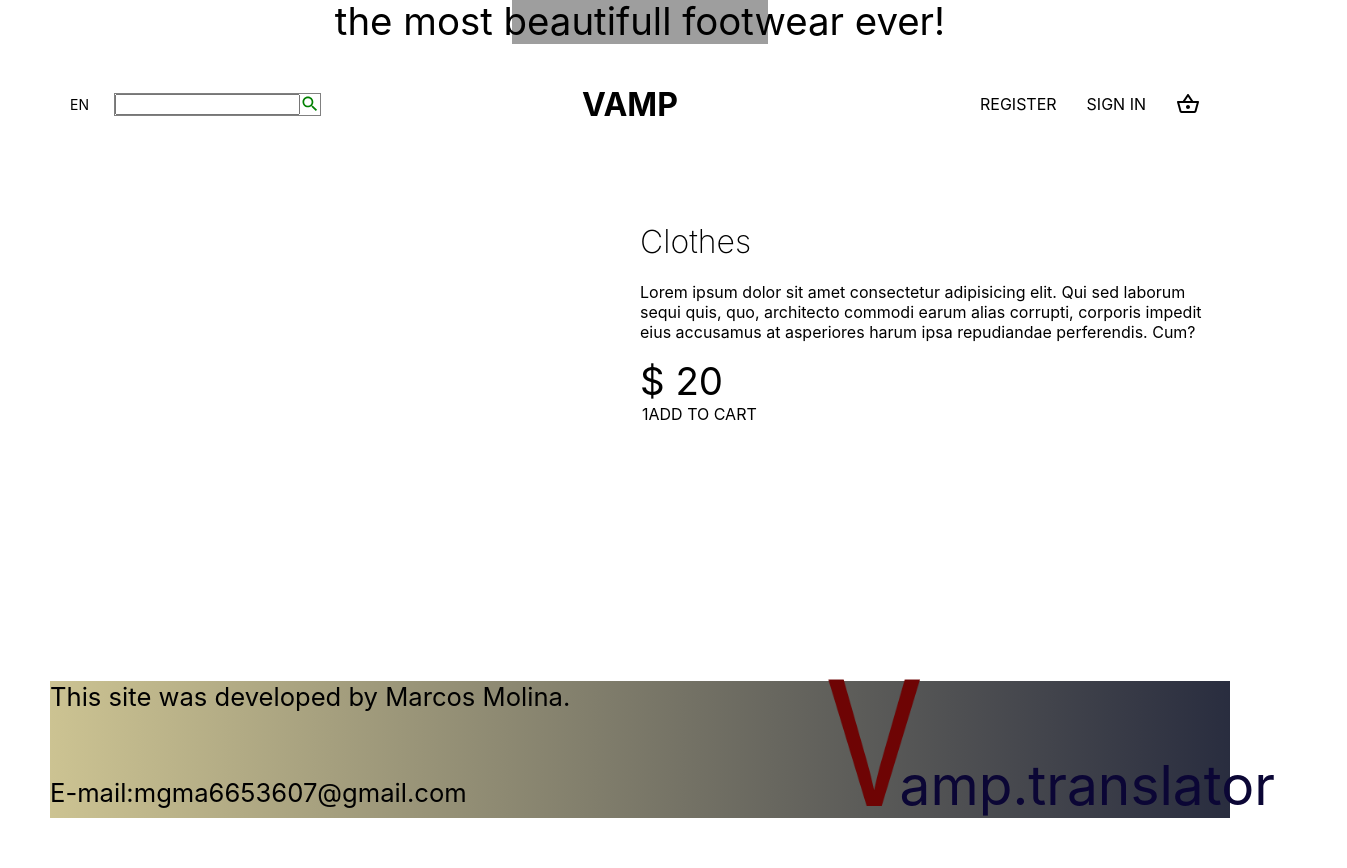
Repository: mgma2005/ecoeli
Page: /
An editor plug-in stored every save of this project. The page is shown before and after a run of saves, followed by the edit.
The browser window is 1280 px wide. The page is 1280 px wide, then 1347 px, so the pictures cover 1347 px, including what lies to the right of the window. The pictures show the part of the page from y = 129 to 997 px (the page is 997 px tall before and 979 px after).
Pictures or frames that could not be fetched are drawn as grey boxes. The project was rebuilt for these pictures with package versions that can differ from the ones it lists, and the page was loaded fresh each time. Also part of the build but not shown: src/App.css.

Above is the page before, as saved 2022-05-14 17:30:53.

### src/App.js

import './App.css';
//import Home from './pages/Home';
import React from 'react';
//import ProductList from './pages/ProductList';
import Product from './pages/Product';


function App() {
  return <Product />
}

export default App;

### src/pages/Product.jsx
import { Add } from "@material-ui/icons";
import { Remove } from "@material-ui/icons";
import styled from "styled-components";
//import Product from '../pages/Product';
import Announcement from "../Components/Announcement";
import Navbar from '../pages/Navbar';
import Footer from '../Components/Footer';




const Container = styled.div`
  padding: 50px;

`;

const Wrapper = styled.div`
  display: flex;
`;

const ImgContainer = styled.div`
  flex: 1;
`;

const Image = styled.div`
  width: 100%;
  height: 90vh;
  object-fit: cover;
`;

const InfoContainer = styled.div`
  flex: 1;
  padding: 0px 50 px;
`;

const Title = styled.h1`
  font-weight: 200;
  margin-top: 20%;
`;

const Desc = styled.p``;

const Price = styled.span`
  font-size: 3vw;
`;

const AddContainer = styled.option`
  display: flex;
  align-items: center;
  width: 50%;
  justify-content: space-between;
`;
const AmountContainer = styled.div`
  display: flex;
  align-items: center;
  font-weight: 700;
`;
const Amount = styled.span``;

const Button = styled.button``;





const Product = ({ item }) => {
  return (
    <Container>
        <Announcement/>
        <Navbar/>
        <Wrapper>
        <ImgContainer>
        <Image src="https://www.tactimex.com/wp-content/uploads/2018/11/Googles1.jpg"/>
        </ImgContainer>
        <InfoContainer>
          <Title>Clothes</Title>
          <Desc>Lorem ipsum dolor sit amet consectetur adipisicing elit. Qui sed laborum sequi quis, quo, architecto commodi earum alias corrupti, corporis impedit eius accusamus at asperiores harum ipsa repudiandae perferendis. Cum? </Desc>
          <Price>$ 20</Price>
          <AddContainer>

            <AmountContainer>
              <Remove/>
              <Amount>1</Amount>
              <Add/>
            </AmountContainer>
            <Button>ADD TO CART</Button>
          </AddContainer>
        </InfoContainer>
      </Wrapper>
      <Footer />
    </Container>
  );
};

export default Product;

### src/Components/Announcement.jsx
import styled from "styled-components";
import React from "react";

const Text = styled.div`
  font-size: 5vw;
  text-align: center;
  background-image: url("https://img.freepik.com/foto-gratis/bandera-argentina-sobre-fondo-blanco_532129-292.jpg?w=900");
  background-size: 20vw;
  background-repeat: no-repeat;
  background-position: center;



`

const P = styled.div`
  font-size: 3vw;
`


const Announcement = () => {
  return (
    <Text>
          Wellcome to Miss Argentina...
        <P>
          the most beautifull footwear ever!
        </P>
    </Text>
  )
}

export default Announcement

### src/pages/Navbar.jsx
import React from 'react';
import styled from 'styled-components';
import { Search, ShoppingBasketOutlined } from "@material-ui/icons";
import { Badge } from '@material-ui/core';



const Container = styled.div`
height: 60px;

`

const Wrapper = styled.div`
padding: 10px 20px;
display: flex;
align-items: center;
justify-content: space-between;

`

const Left = styled.div`
flex: 1;
display: flex;
align-items: center;
`

const Language = styled.span`
    font-size: 14px;
    cursor: pointer;
`

const SearchContainer = styled.div`
    border: 1px solid gray;
    display: flex;
    align-items: center;
    margin-left: 25px;
`

const Input = styled.input`
    border= none;
`
const Logo = styled.h1`
    font-weight: bold;
`


const Center = styled.div`
flex: 1;
text-align: center;
`
const Right = styled.div`
flex: 1;
display: flex;
align-items: center;
justify-content: flex-end;
`

const MenuItem = styled.div`
    font-size= 14px;
    cursor: pointer;
`

function Navbar() {
    return (
        <Container>
            <Wrapper>
            <Left>
               <Language>EN</Language>
               <SearchContainer>
                   <Input/>
                   <Search style={{color:"green", fontSize: 20}}/>
               </SearchContainer>
            </Left>
            <Center><Logo>VAMP</Logo></Center>
            <Right style={{padding: 5, margin: 5}}>
                <MenuItem>REGISTER</MenuItem>
                <MenuItem style={{padding: 30}}>SIGN IN</MenuItem>
                <MenuItem>
                <Badge badgecontent={4} color="primary">
                    <ShoppingBasketOutlined/>
                </Badge>
                </MenuItem>

            </Right>
            </Wrapper>
        </Container>
    );
}

export default Navbar;

### src/Components/Footer.jsx
import React from 'react';
import '../style.css';

  function Footer() {
	return (
		<div className="row">
			<div className="cont2">
				<div className="thissite">This site was developed by Marcos Molina.</div>
				<div className="email">E-mail:mgma6653607@gmail.com</div>
				<div className="col-6">
					<div className="V">V</div>
					<div className="ampi">amp.translator</div>
				</div>
			</div>
		</div>
	);
}

export default Footer;

### src/style.css
.cont2{
    mar
    width: 100vw;
    height: auto;
    background: linear-gradient(to right, rgb(204, 195, 146),rgb(41, 45, 63));

}

.thissite{
    font-size: 2vw;
    width: 70vw;

    margin-top: -6%;

}

.email{
    font-size: 2vw;
    align-content: center;
    margin-top: 5.5%;

}

.V{

        color: rgb(110, 4, 4);
        font-family: Courier;
        font-size: 15vw;
        margin-left: 64%;
        margin-top: -13.7%;



        animation-name: vamp;
        animation-timing-function: linear;
        animation-duration: 4s;
        -webkit-transform-origin-x: 5vw;
        animation-iteration-count: infinite;
    }
    @keyframes vamp{
        from{transform: rotateY(0deg);}
        to{transform: rotateY(360deg);}
    }


.ampi{
    font-size: 4.3vw;
    margin-left: 72%;
    margin-top: -9.5%;
    color: rgb(11, 6, 53);



}

Loaded but not shown: public/index.html (common file); src/index.js (common file); src/index.css (common file); src/reportWebVitals.js (common file)

After the next 2 saves:
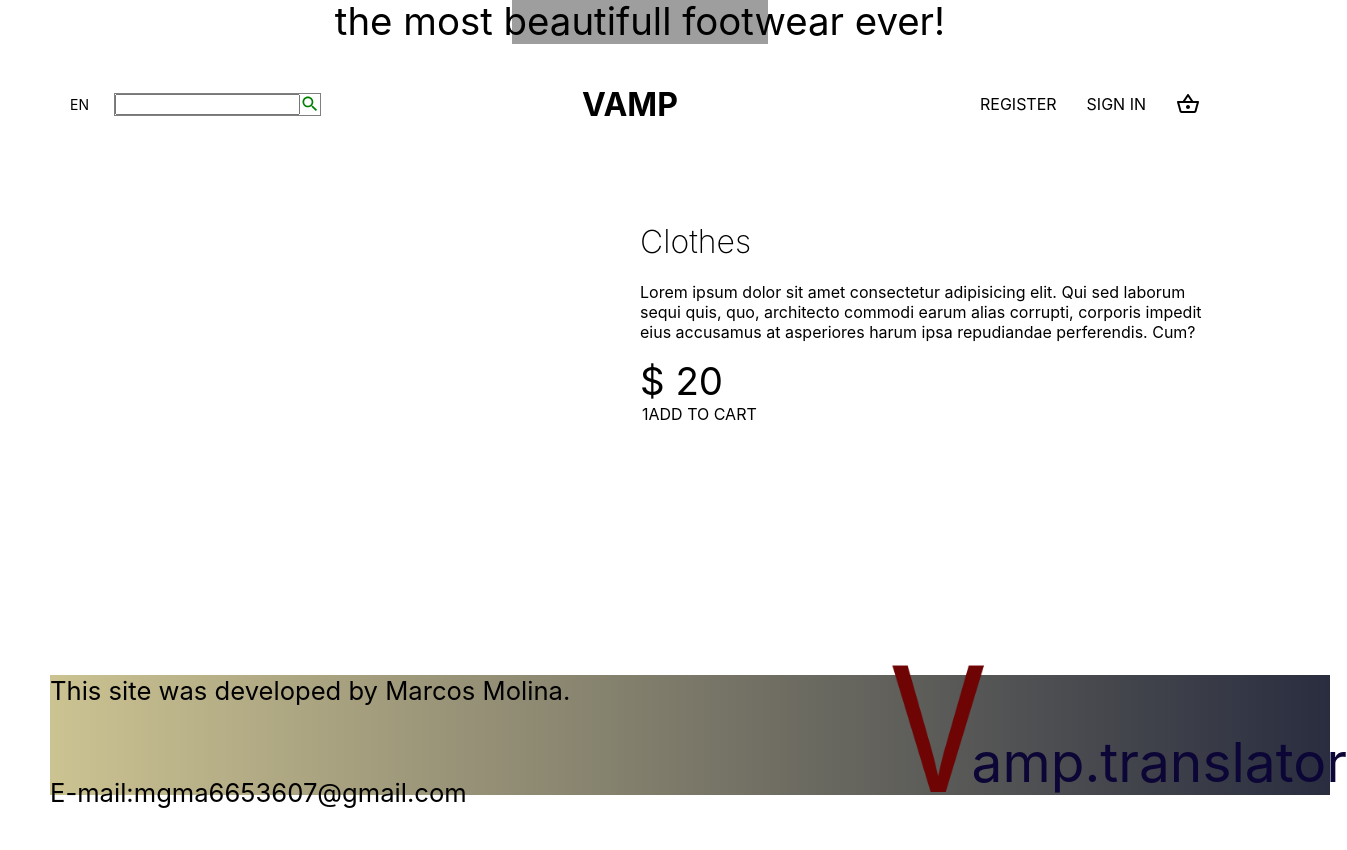
The 2 saves are shown as one change because they came seconds apart.
The last was saved 7 s later.
--- a/src/style.css
+++ b/src/style.css
@@ -1,5 +1,5 @@
 .cont2{
-    mar
+    margin: 0;
     width: 100vw;
     height: auto;
     background: linear-gradient(to right, rgb(204, 195, 146),rgb(41, 45, 63));
